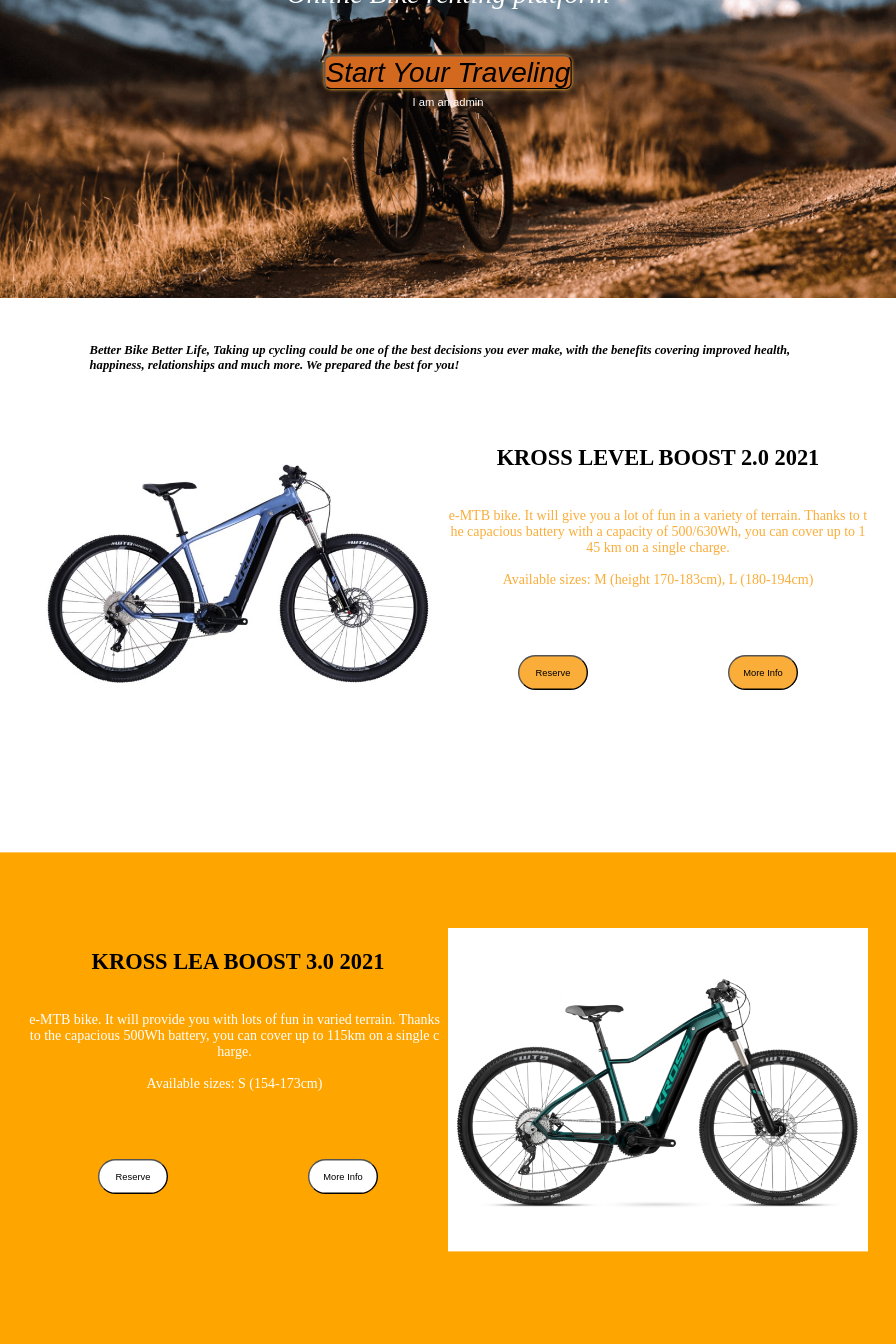
Repository: salveendutt/Bike-Reservation-App
Page: templates/welcome.html
An editor plug-in stored every save of this project. The page is shown before and after the next save, followed by the edit.
The browser window is 1280 px wide. The pictures show the part of the page from y = 334 to 2254 px (the page is 5362 px tall), at 70% of full size.
The template is drawn by Django 4.2. The application's start-up code is not run. Other server files are loaded and not shown. The template is opened directly, without the code that normally fills it, so the values that code supplies are empty.

Above is the page before, as saved 2023-04-24 15:48:11.

### templates/welcome.html
{% load static %}
<!DOCTYPE html>
<html lang="en">
<head>
    <meta charset="UTF-8">
    <title>BikeRent</title>
    <link rel="stylesheet" href="{% static 'css/welcome.css' %}">
    <style>
    .main {
        background-image: url("/static/css/IMG/Internet_pic.jpg");
        background-size: cover;
        height: 100vh;
    }
</style>
</head>
<body id="body">
    <div class="header" id="header">
        <div class="header-img"  id="headerImg"><img src="/static/css/IMG/Logo.jpg" style="height: 100%; width: 40%; padding-left: 50%;"></img></div>
        <div class="header-content">
            <button class="headButton" id="home" style="font-size: medium;">Home</button>
            <button class="headButton" id="login"style="font-size: medium;">Login</button>
            <button class="headButton" id="reserve" style="font-size: medium;">Reserve</button>
            <button class="headButton" id="FAQ" style="font-size: medium;">FAQ</button>
            <button class="headButton" id="bike_list" style="font-size: medium;">Bike_list</button>
            <!-- <p><a href="{% url 'bike_list' %}">Bike_list</a></p>
            <a href="{% url 'login' %}">Login</a> -->
        </div>
        <div class="header-login"><img src="/static/css/IMG/login-icon.png " style="height: 45%; width: 15%; padding-right: 50%;padding-top:7%;padding-left: 10%;"></img></div>
    </div>
    <div class="box flexDemo2">
        <div class="flex-box2">
            <div style="padding-top:5px; padding-left: 38%; padding-right: 35%;">
                <button class="headButton">Home</button>
                <button class="headButton">Login</button>
                <button class="headButton">Feedback</button>
                <button class="headButton">Reserve</button>
                <button class="headButton">FAQ</button>
                <button class="headButton">Bike_list</button>
            </div>
        </div>
    </div>
    <div class="main">
        <div>
            <h1 class="h1_w">Bike Rental</h1>
            <p class="p_w">Online Bike renting platform</p>
        </div>
        <div align="center">
            <!-- <a href="/login/"> -->
            <button id="btn" class="button_w">Start Your Traveling</button>
            <!-- </a> -->
        </div>
        <div align="center" style="padding-top: 10px;">
            <a href="/admin_login/">
            <button class="admin">I am an admin</button>
            </a>
        </div>

    </div>
    <div class="box2">
        <p class="instruction">Better Bike Better Life,
            Taking up cycling could be one of the best decisions you ever make,
            with the benefits covering improved health, happiness, relationships and much more. We prepared the best
            for you!
         </p>
    </div>
    <div class="box flexDemo">
        <div class="flex-box">

            <div class="left-img">
                <img src="/static/css/IMG/KRVB2Z29X18M003498-Level-Boost-2.0-M-niebieski-czarny-polysk-g.jpg" alt="Bike">
            </div>
            <div class="right-content">
                <h1 style="flex: 0.5; padding-top: 30px;">KROSS LEVEL BOOST 2.0 2021</h1>
                <div style="flex: 1;" class="right-text">
                    e-MTB bike. It will give you a lot of fun in a variety of terrain.
                    Thanks to the capacious battery with a capacity of 500/630Wh, you can cover up to 145 km on a single charge.<br/><br/>
                    Available sizes: M (height 170-183cm), L (180-194cm)
                </div>
                <div style="flex: 1;" class="right-btn-box">
                    <button class="BikeButton">Reserve</button>
                    <button class="BikeButton">More Info</button>
                </div>
            </div>
        </div>
    </div>
    <div class="box flexDemo" style="background-color: orange;">
        <div class="flex-box">

            <div class="right-content">
                <h1 style="flex: 0.5; padding-top: 30px;">KROSS LEA BOOST 3.0 2021</h1>
                <div style="flex: 1;" class="left-text">
                    e-MTB bike. It will provide you with lots of fun in varied terrain.
                    Thanks to the capacious 500Wh battery, you can cover up to 115km on a single charge.<br/><br/>
                    Available sizes: S (154-173cm)
                </div>
                <div style="flex: 1;" class="right-btn-box">
                    <button class="BikeButton2">Reserve</button>
                    <button class="BikeButton2">More Info</button>
                </div>
            </div>
            <div class="left-img">
                <img src="/static/css/IMG/lea_boost_3_0_630_turquoise_black_glossy-1.png" alt="Bike">
            </div>
        </div>
    </div>

    <div class="box flexDemo">
        <div class="flex-box">

            <div class="left-img">
                <img src="/static/css/IMG/my21_fathom_e_jr-1024x582.jpg" alt="Bike">
            </div>
            <div class="right-content">
                <h1 style="flex: 0.5; padding-top: 30px;">GIANT FATHOM E+ JUNIOR 2021</h1>
                <div style="flex: 1;" class="right-text">
                    All a young rider needs is to climb higher, ride longer and have more fun on the trail. This e-bike will put a smile on every child's face and make family adventures more fun than ever. The range of Fathom E+ is up to 140 km.
                    <br/><br/>
                    Size: For children 120-154cm tall
                </div>
                <div style="flex: 1;" class="right-btn-box">
                    <button class="BikeButton">Reserve</button>
                    <button class="BikeButton">More Info</button>
                </div>
            </div>
        </div>
    </div>

    <div class="box flexDemo" style="background-color: orange;">
        <div class="flex-box">

            <div class="right-content">
                <h1 style="flex: 0.5; padding-top: 30px;">ROAD BIKE 3.0 2021</h1>
                <div style="flex: 1;" class="left-text">
                    Bule classic style road bike / racing bike, modified spare parts, big bicycle wheels, light brown. <br/><br/>
                    Available sizes: S (154-173cm)
                </div>
                <div style="flex: 1;" class="right-btn-box">
                    <button class="BikeButton2">Reserve</button>
                    <button class="BikeButton2">More Info</button>
                </div>
            </div>
            <div class="left-img">
                <img src="/static/css/IMG/istockphoto-1344641306-612x612.jpg" alt="Bike">
            </div>
        </div>
    </div>
    <div class="box flexDemo">
        <div class="flex-box">

            <div class="left-img">
                <img src="/static/css/IMG/istockphoto-1320658455-612x612.jpg" alt="Bike">
            </div>
            <div class="right-content">
                <h1 style="flex: 0.5; padding-top: 30px;">ROAD BIKE BOOST 2.0 2020</h1>
                <div style="flex: 1;" class="right-text">
                    Colourful Road Bike and ajustable height of the Bike, suitable for young people. It could provide much fun for your daily life<br/><br/>
                    Available sizes: M (height 170-183cm), L (180-194cm)
                </div>
                <div style="flex: 1;" class="right-btn-box">
                    <button class="BikeButton">Reserve</button>
                    <button class="BikeButton">More Info</button>
                </div>
            </div>
        </div>
    </div>
    <div class="box flexDemo" style="background-color: orange;">
        <div class="flex-box">

            <div class="right-content">
                <h1 style="flex: 0.5; padding-top: 30px;">ROAD BIKE 3.0 2021</h1>
                <div style="flex: 1;" class="left-text">
                    White classic style road bike / racing bike, modified spare parts, beautiful color of the bike, which could make much pleasure for you. <br/><br/>
                    Available sizes: M(height 154-173cm), L(height 175-183cm)
                </div>
                <div style="flex: 1;" class="right-btn-box">
                    <button class="BikeButton2">Reserve</button>
                    <button class="BikeButton2">More Info</button>
                </div>
            </div>
            <div class="left-img">
                <img src="/static/css/IMG/istockphoto-1454630142-612x612.jpg" alt="Bike">
            </div>
        </div>
    </div>

    <footer class="box2 flexDemo">
        <div class="flex-box">
            <div class="left-logo">
                <img src="/static/css/IMG/Logo.jpg" alt="Logo">
            </div>
            <div class = "right-content" style="padding-left: 12%; padding-top: 7%;">
                <button class="FootButton">FAQ</button>
                <button class="FootButton">About Us</button>
                <button class="FootButton">FeedBack</button>
                <button class="FootButton">Home Page</button>
                <button class="FootButton">Bike list</button>
            </div>
            <div class="contact-logo">
                <img src="/static/css/IMG/contact.png" alt="Logo">
            </div>
            <div class = "right-content" style="padding-right: 5%;padding-top: 5%;" >
                <p style="font-size: x-large; color: gray; padding-top: 10%;">Feel free to contact us:</p>
                <p style="font-size: xx-large; padding-top: 15%;">+48 123456789</p>
            </div>
        </div>
    </footer>
    <script>
        let header = document.getElementById('header')

        // if (sessionStorage.getItem('loginType')) {
        //     header.innerText = 'Already Login'
        // }else {
        //     header.innerText ='Login'
        // }
        let btn = document.getElementById("btn");
        btn.addEventListener("click", function () {
            if (!sessionStorage.getItem('loginType')) {
                sessionStorage.setItem('loginType', 'Login')
                // location.reload()
            }
            window.scrollBy({
                // top: document.body.scrollHeight,
                top: window.innerHeight,
                behavior: 'smooth'
            });
        });
        console.log(window.innerHeight);

        window.addEventListener('scroll', (event) => {
            console.log(document.documentElement.scrollTop);
            if (document.documentElement.scrollTop >= 343) {
                header.style.display = 'flex'
            } else {
                header.style.display = 'none'
            }
        });
        let headerImg = document.getElementById('headerImg')
        let headerContent = document.getElementById('headerContent')
        let headerLogin = document.getElementById('headerLogin')
        let home = document.getElementById('home')
        let reserve = document.getElementById('reserve')
        headerImg.addEventListener('click', function() {
            location.reload()
        })
        home.addEventListener('click', function() {
            location.reload()
        })
        // home.addEventListener('click', function() {
        //     location.href()
        // })

    </script>
</body>
</html>

### static/css/welcome.css
.h1_w {
    font-size: 80px;
    color: white;
    text-align:center;
    animation: fade-in 4s;
    animation-fill-mode:forwards;
    padding-top:100px
}
* {
    margin: 0;
    padding: 0;
  }
@keyframes fade-in{
0%{ opacity: 0;}
100%{opacity:1;}
}
.p_w{
    font-size:40px;
    margin-top: 70px;
    font-style: italic ;
    text-align: center;
    color: white;
    opacity: 0;
    animation: fade-in 3s ease 1s 1;
    animation-fill-mode:forwards;
}
.button_w{
    font-size:40px;
    background-color: chocolate;
    margin-top: 65px;
    font-style: italic ;
    text-align: center;
    display: inline-block;
    border-radius: 10px;
    opacity: 0;
    animation: fade-in 2s ease 2s 1;
    animation-fill-mode:forwards;
    box-shadow: 0 0 5px #FAAD39;
    -webkit-tap-highlight-color: transparent;
    cursor: pointer;
}
.button_w:hover{
    background-color: #ffb515;
}
.admin{
    background-color: transparent;
    text-align: center;
    color: white;
    display: inline-block;
    width: 150px;
    border-radius: 10px;
    font-size: medium;
    opacity: 0;
    animation: fade-in 2s ease 2s 1;
    animation-fill-mode:forwards;
    /* box-shadow: 0 0 1px #FAAD39; */
    border: transparent;
    -webkit-tap-highlight-color: transparent;
    cursor: pointer;
}
.admin:hover{
    /* background-color: #ffb515; */
    color: #FAAD39;
}

.box {
    width: 100%;
    height: 100vh;
  }

.box2{
  width: 100%;
  height: 10vh;
  background-color: white;
}
  .green {
    background-color: green;
  }

  .blue {
    background-color: rosybrown;
  }

  .orange {
    background-color: orange;
  }

  .yellow {
    background-color: yellow;
  }

  .header{
    position: fixed;
    height: 100px;
    width: 100%;
    background-color:white;
    z-index: 2;
    transition: all .3s ease!important;
    display: none;
  }

  .flexDemo{
    box-sizing: border-box;
    display: flex;
    justify-content: center;
    align-items: center;
  }
  .flex-box{
    width: 1200px;
    height: 70%;
    display: flex;
  }
  .left-img{
    flex: 1;
  }
  .left-img, img {
    width: 100%;
  }
  .right-content{
    flex: 1;
    width: 50%;
    text-align: center;
    display: flex;
    flex-direction: column;
    justify-content: center;
  }
  .right-text{
   word-break: break-all;
   font-size:20px;
   color: #FAAD39;
   padding-top:10px;
  }

  .left-text{
    word-break: break-all;
    font-size:20px;
    color: white;
    padding-top:10px;
    padding-right: 10px;
   }

  .right-btn-box{
    display: flex;
    justify-content: space-around;
    align-items: center;
    padding-bottom:70px
  }

  .BikeButton{
    height: 50px;
    width: 100px;
    display: inline-block;
    background-color:#FAAD39;
    border-radius: 50px;
    cursor: pointer;
  }
  .BikeButton:hover{
    background-color: white;
    color: #FAAD39;
  }
  .BikeButton2{
    height: 50px;
    width: 100px;
    display: inline-block;
    background-color:white;
    border-radius: 50px;
    cursor: pointer;
  }
  .BikeButton2:hover{
    background-color: #FAAD39;
    color: white;
  }

  .flexDemo2{
    box-sizing: border-box;
    display: flex;
    justify-content: center;
    align-items: center;
    height: 40px;
  }
  .flex-box2{
    width: 1200px;
    height: 80%;
    display: flex;
  }
  .headButton{
    background-color: transparent;
    border: transparent;
    padding-left: 10px;
    cursor: pointer;
    font-weight: bold;
  }
  .headButton:hover{
    color: #ffb515;
}

.instruction{
  align-items: center;
  font-style: italic;
  font-size: large;
  font-weight: bold;
  padding-top:5%;
  padding-left: 10%;
  padding-right: 10%;
}
.left-logo{
  flex:1;
  padding-left: 11%;
}
.contact-logo{
  flex:0.15;
  padding-left: 5%;
  padding-top: 7.25%;
}
.FootButton{
  height: 50px;
  width: 100px;
  border-radius: 50px;
  cursor: pointer;
  background-color: transparent;
  border: transparent;
  padding-top: 10%;
  font-size: medium;
}
.FootButton:hover{
  color: #FAAD39;
}
.footer-right-content{
  flex: 0.5;
  width: 50%;
  text-align: center;
  display: flex;
  flex-direction: column;
  justify-content: center;
}
.header-img{
  width: 25%;
  height: 100%;
}
.header-content{
  width: 50%;
  height: 100%;
  display: flex;
  justify-content:space-evenly;
  align-items: center;
}
.header-login{
  width: 25%;
  height: 100%;
}

After the next save:
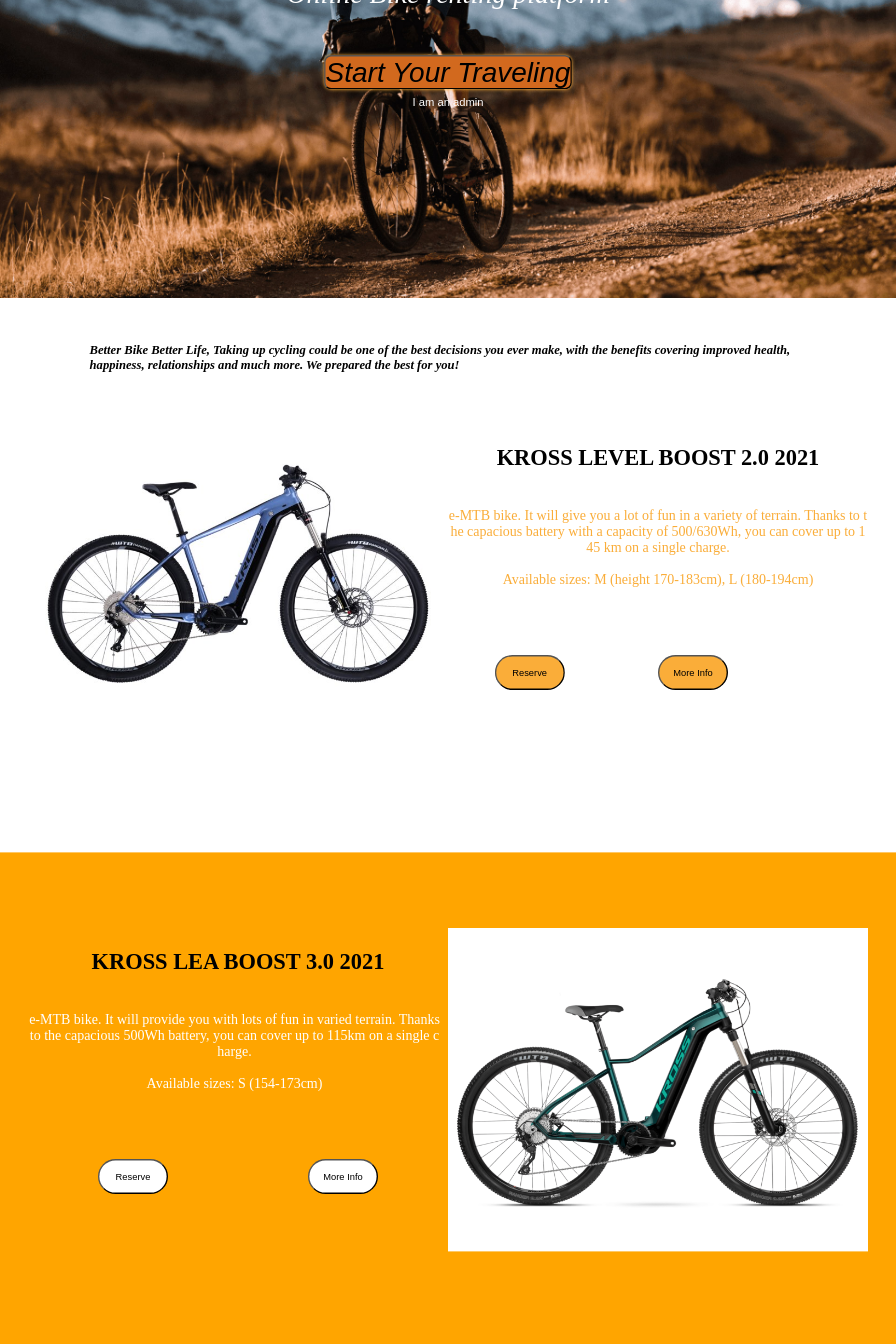
Saved 2 min 15 s later.
--- a/templates/welcome.html
+++ b/templates/welcome.html
@@ -79,6 +79,7 @@
                 <div style="flex: 1;" class="right-btn-box">
                     <button class="BikeButton">Reserve</button>
                     <button class="BikeButton">More Info</button>
+                    <a href="{% url 'bike_list' %}"></a>
                 </div>
             </div>
         </div>
